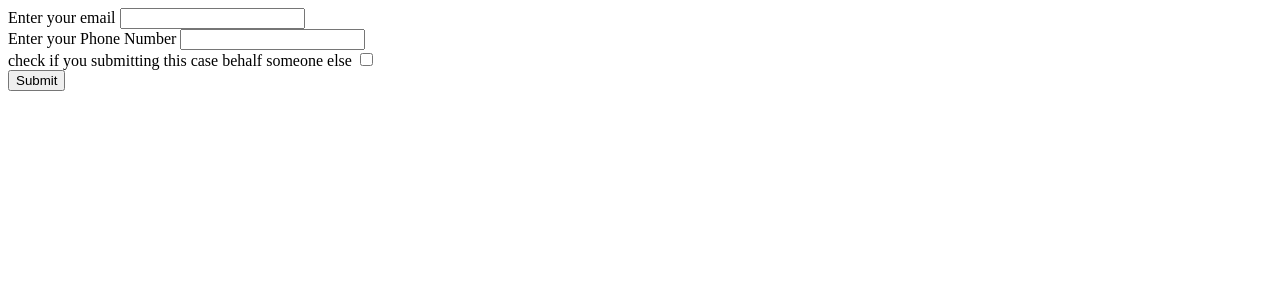
Repository: OmarAl-Saleh/Hospital-Emergency-System
Page: http://localhost/EmergencySystem/patient/sign-in.jsp
The author's editor kept a copy of each file at every save. The page is drawn from the files as they stood at one save, then again after the next save.
The browser window is 1280 px wide. The pictures show the whole page.
The page is served by Tomcat 9.

Above is the page before, as saved 2024-05-22 09:53:42.

After the next save:
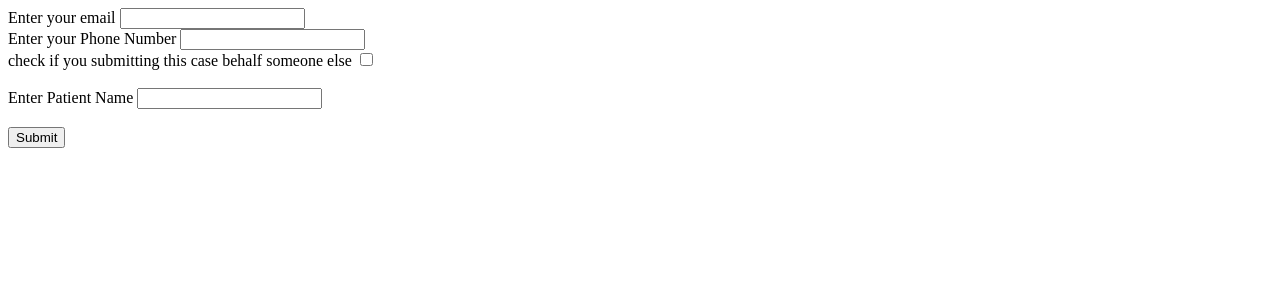
Saved 102 s later.
--- a/EmergencySystem/EmergencySystem/src/main/webapp/patient/sign-in.jsp
+++ b/EmergencySystem/EmergencySystem/src/main/webapp/patient/sign-in.jsp
@@ -16,7 +16,12 @@
 <br>
 <label>check if you submitting this case behalf someone else</label>
 <input type="checkbox" name="sub_patient" />
+<div>
+<br>
+<label>Enter Patient Name</label>
+<input type="text" name="sub_patient_name"/>
 
+</div>
 <br>
 <input type="submit" value="Submit" />
 
